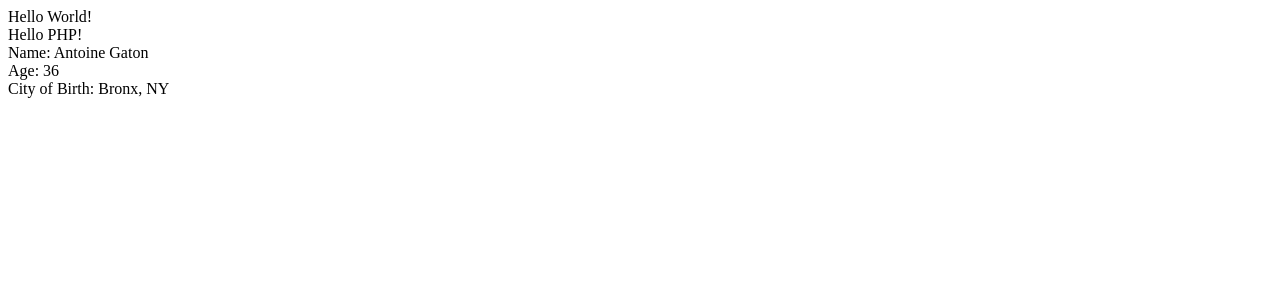
Repository: AntoineGaton/PHP
Page: http://localhost/hello_world/index.php
The author's editor kept a copy of each file at every save. The page is drawn from the files as they stood at one save, then again after the next save.
The browser window is 1280 px wide. The pictures show the whole page.
The page is run by PHP 8.4 with error messages shown; the project is at /var/www/html/.

Above is the page before, as saved 2025-03-25 17:56:38.

### hello_world/index.php
<!DOCTYPE html>
<html lang="en">

<head>
    <meta charset="UTF-8" />
    <meta name="viewport" content="width=device-width, initial-scale=1.0" />
    <title>Document</title>
</head>

<body>
    <?php
    // This is a comment
    /*
    This is a multi-line comment
    */
    //-----------------------------
    // Echo
    echo "Hello World!";
    echo "<br>";
    echo "Hello " . " PHP" . "!<br>";
    //-----------------------------
    // Variables
    $name = "Antoine Gaton";
    $age = 36;
    $city_of_birth = "Bronx, NY";
    $current_city = "Fort Lauderdale, FL";
    $is_student = false;
    $gpa = 3.8;
    $grades = array("Math" => 95, "English" => 85, "Science" => 90);

    //Print Variables
    echo "Name: {$name}";
    echo "<br>";
    echo "Age: $age";
    echo "<br>";
    echo "City of Birth: $city_of_birth";
    echo "<br>";
    ?>
</body>

</html>

After the next save:
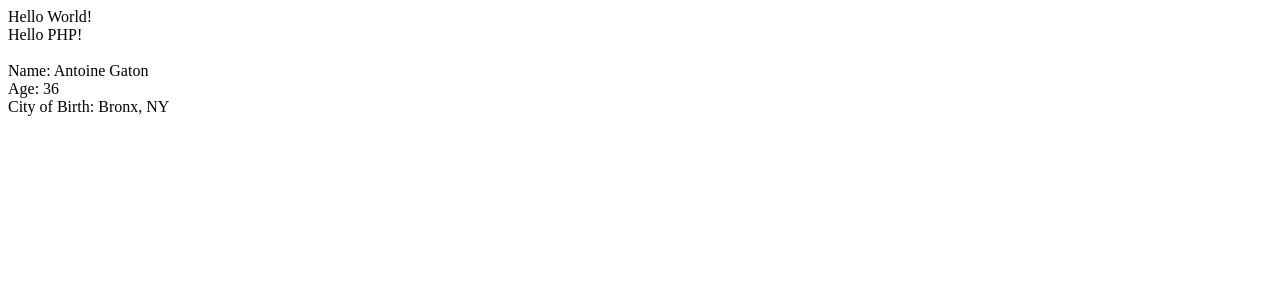
Saved 16 s later.
--- a/hello_world/index.php
+++ b/hello_world/index.php
@@ -18,6 +18,7 @@
     echo "Hello World!";
     echo "<br>";
     echo "Hello " . " PHP" . "!<br>";
+    echo "<br>";
     //-----------------------------
     // Variables
     $name = "Antoine Gaton";
